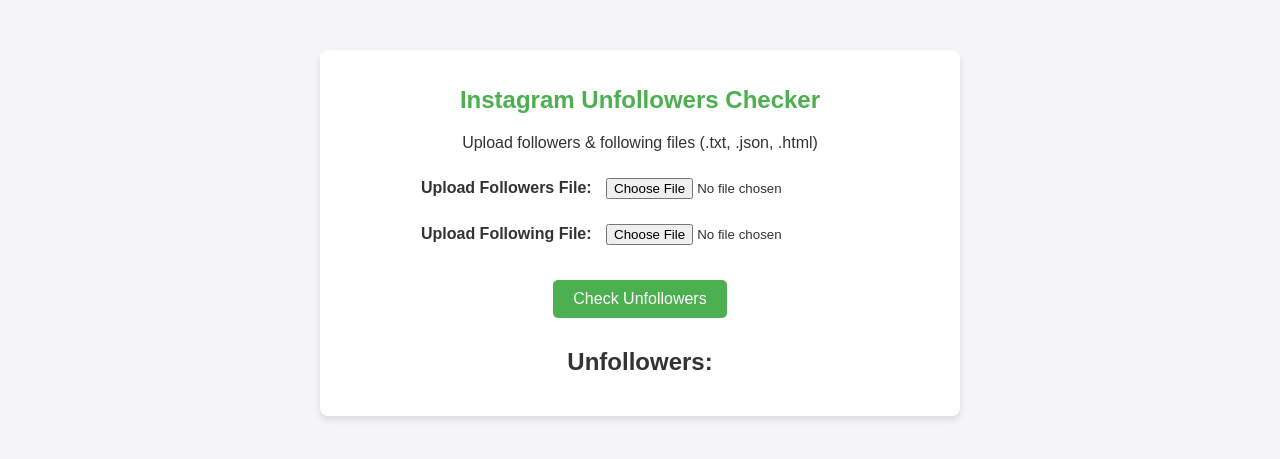
Repository: GiraldoNainggolan/IUC
Page: index.html
The author's editor kept a copy of each file at every save. The page is drawn from the files as they stood at one save, then again after the next save.
The browser window is 1280 px wide. The pictures show the whole page.

Above is the page before, as saved 2025-02-04 15:24:25.

### index.html
<!DOCTYPE html>
<html lang="en">
<head>
    <meta charset="UTF-8">
    <meta name="viewport" content="width=device-width, initial-scale=1.0">
    <title>Instagram Unfollowers Checker</title>
    <link rel="stylesheet" href="style.css">
</head>
<body>
    <div class="container">
        <h1>Instagram Unfollowers Checker</h1>
        <p>Upload followers & following files (.txt, .json, .html)</p>

        <div class="upload-section">
            <label for="followersFile">Upload Followers File:</label>
            <input type="file" id="followersFile" accept=".txt, .json, .html">
        </div>
        <div class="upload-section">
            <label for="followingFile">Upload Following File:</label>
            <input type="file" id="followingFile" accept=".txt, .json, .html">
        </div>
        <button id="checkUnfollowers">Check Unfollowers</button>

        <div id="result" class="result">
            <h2>Unfollowers:</h2>
            <ul id="unfollowersList"></ul>
        </div>
    </div>
    <script src="script.js"></script>
</body>
</html>

### style.css
body {
    font-family: Arial, sans-serif;
    background-color: #f4f4f9;
    color: #333;
    margin: 0;
    padding: 0;
}

.container {
    max-width: 600px;
    margin: 50px auto;
    background: #fff;
    padding: 20px;
    box-shadow: 0 4px 6px rgba(0, 0, 0, 0.1);
    border-radius: 8px;
    text-align: center;
}

h1 {
    font-size: 24px;
    margin-bottom: 20px;
    color: #4CAF50;
}

.upload-section {
    margin: 15px 0;
}

label {
    font-weight: bold;
    margin-right: 10px;
}

input[type="file"] {
    margin-top: 10px;
}

button {
    margin-top: 20px;
    padding: 10px 20px;
    font-size: 16px;
    background: #4CAF50;
    color: white;
    border: none;
    border-radius: 5px;
    cursor: pointer;
}

button:hover {
    background: #45a049;
}

.result {
    margin-top: 30px;
}

ul {
    list-style: none;
    padding: 0;
}

ul li {
    background: #f9f9f9;
    margin: 5px 0;
    padding: 10px;
    border: 1px solid #ddd;
    border-radius: 4px;
}

### script.js
document.getElementById("checkUnfollowers").addEventListener("click", async () => {
    const followersFile = document.getElementById("followersFile").files[0];
    const followingFile = document.getElementById("followingFile").files[0];

    if (!followersFile || !followingFile) {
        alert("Please upload both files.");
        return;
    }

    try {
        const followers = await readFile(followersFile);
        const following = await readFile(followingFile);

        const unfollowers = following.filter(user => !followers.includes(user));
        displayUnfollowers(unfollowers);
    } catch (error) {
        alert("Error reading files: " + error);
    }
});

async function readFile(file) {
    return new Promise((resolve, reject) => {
        const reader = new FileReader();

        reader.onload = () => {
            let content = reader.result;
            const fileType = file.name.split('.').pop().toLowerCase();

            try {
                if (fileType === "txt") {
                    resolve(content.split("\n").map(line => line.trim()).filter(Boolean));
                } else if (fileType === "json") {
                    const jsonData = JSON.parse(content);
                    resolve(jsonData.followers || jsonData.following || []);
                } else if (fileType === "html") {
                    const parser = new DOMParser();
                    const doc = parser.parseFromString(content, "text/html");
                    const usernames = [...doc.querySelectorAll("li")].map(el => el.textContent.trim());
                    resolve(usernames);
                } else {
                    reject("Unsupported file format");
                }
            } catch (err) {
                reject("File parsing error: " + err.message);
            }
        };

        reader.onerror = () => reject(reader.error);
        reader.readAsText(file);
    });
}

function displayUnfollowers(unfollowers) {
    const list = document.getElementById("unfollowersList");
    list.innerHTML = "";

    if (unfollowers.length === 0) {
        list.innerHTML = "<li>No unfollowers found!</li>";
        return;
    }

    unfollowers.forEach(user => {
        const listItem = document.createElement("li");
        listItem.textContent = user;
        list.appendChild(listItem);
    });
}

After the next save:
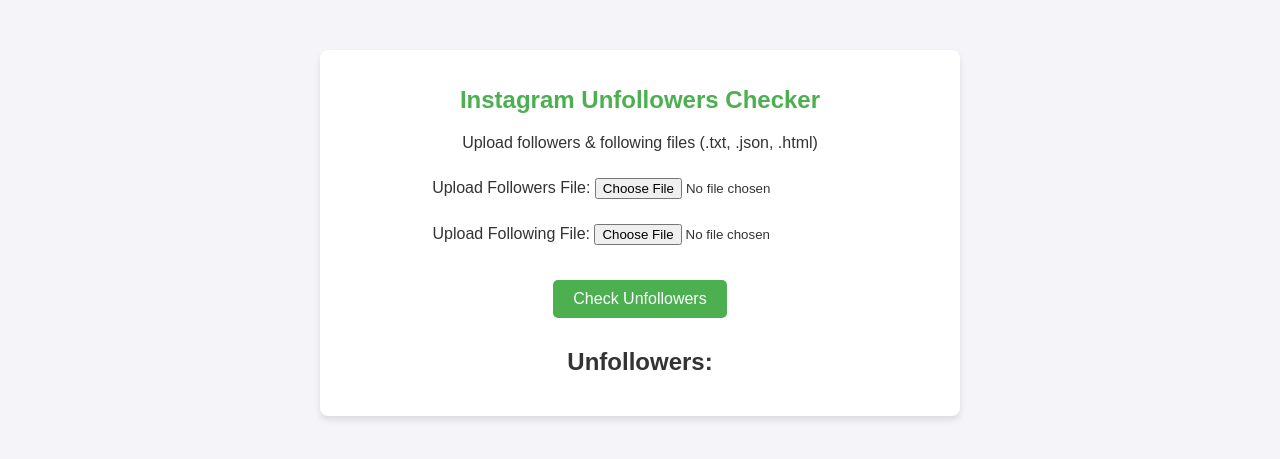
Saved 6 s later.
--- a/style.css
+++ b/style.css
@@ -2,6 +2,7 @@
     font-family: Arial, sans-serif;
     background-color: #f4f4f9;
     color: #333;
+    text-align: center;
     margin: 0;
     padding: 0;
 }
@@ -13,7 +14,6 @@
     padding: 20px;
     box-shadow: 0 4px 6px rgba(0, 0, 0, 0.1);
     border-radius: 8px;
-    text-align: center;
 }
 
 h1 {
@@ -24,11 +24,6 @@
 
 .upload-section {
     margin: 15px 0;
-}
-
-label {
-    font-weight: bold;
-    margin-right: 10px;
 }
 
 input[type="file"] {

After the save that followed:
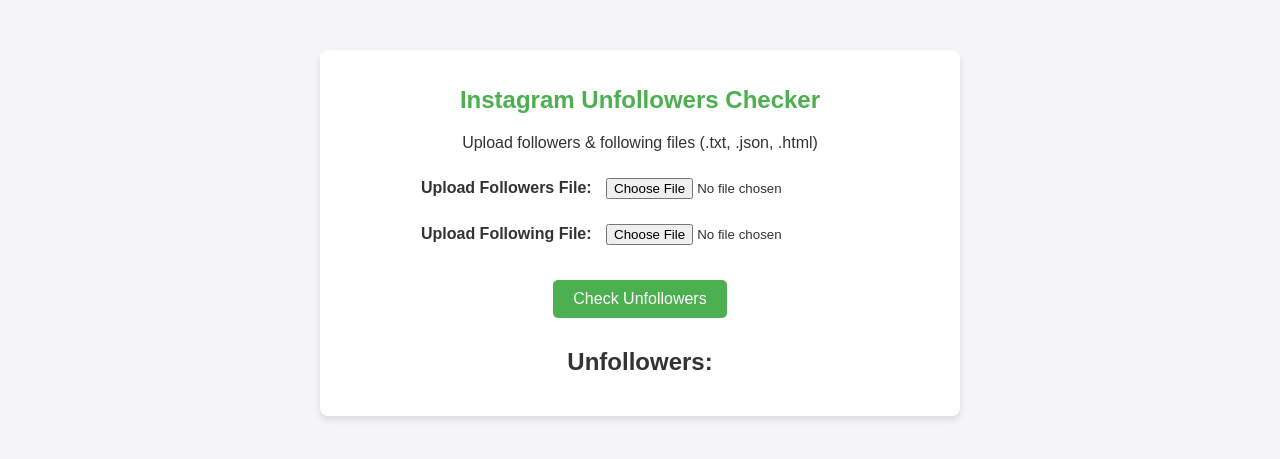
Saved 7 s later.
--- a/style.css
+++ b/style.css
@@ -2,7 +2,6 @@
     font-family: Arial, sans-serif;
     background-color: #f4f4f9;
     color: #333;
-    text-align: center;
     margin: 0;
     padding: 0;
 }
@@ -14,6 +13,7 @@
     padding: 20px;
     box-shadow: 0 4px 6px rgba(0, 0, 0, 0.1);
     border-radius: 8px;
+    text-align: center;
 }
 
 h1 {
@@ -24,6 +24,11 @@
 
 .upload-section {
     margin: 15px 0;
+}
+
+label {
+    font-weight: bold;
+    margin-right: 10px;
 }
 
 input[type="file"] {
